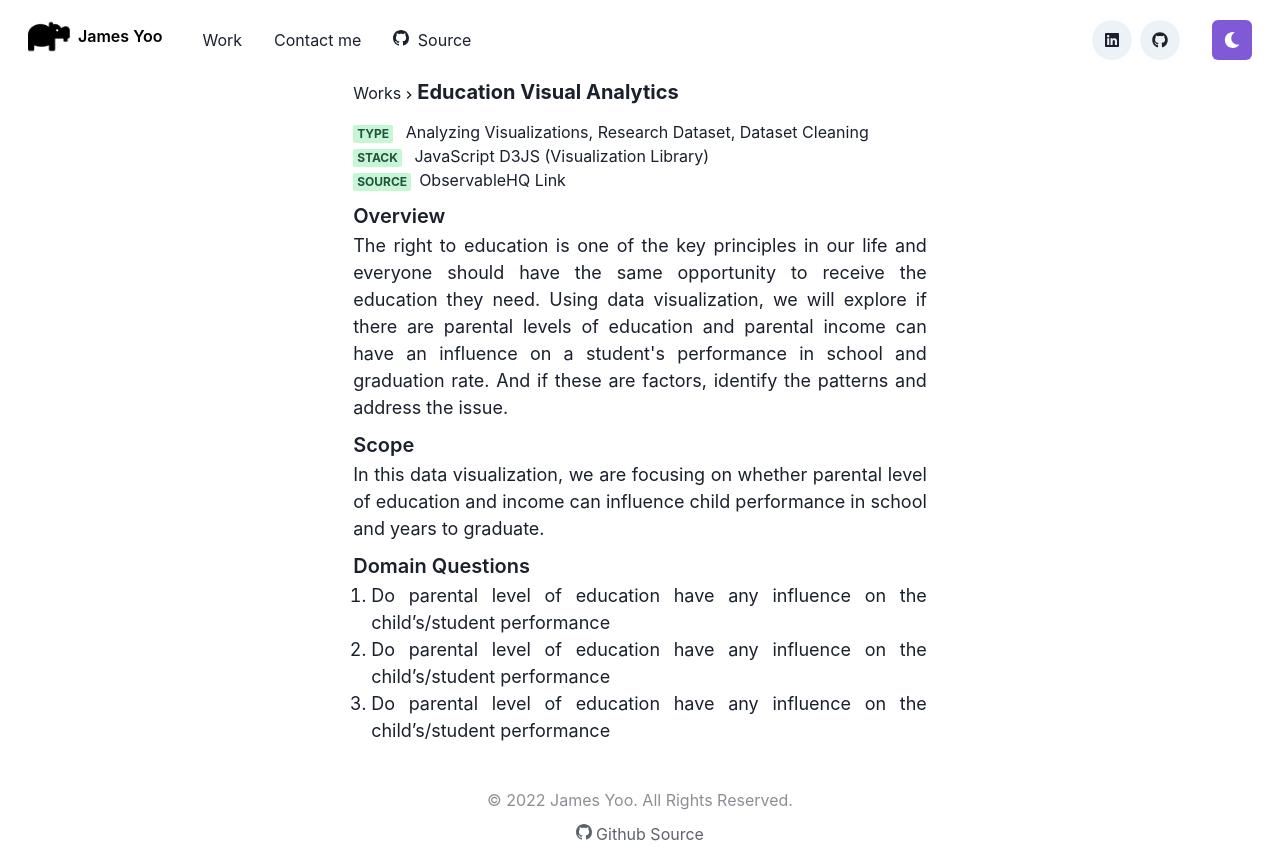
Repository: jammy729/portfolio-2022
Page: /work/educationvisualanalytics
An editor plug-in stored every save of this project. The page is shown before and after the next save, followed by the edit.
The browser window is 1280 px wide. The pictures show the whole page.
The project was rebuilt for these pictures with package versions that can differ from the ones it lists, and the page was loaded fresh each time. Also part of the build but not shown: src/components/home.js, src/components/contact.js, src/components/layouts/layout.js, src/components/work/work.js, src/components/work/Development/WorldInstitutionDatabase/worldinstitutiondatabase.js, src/components/work/Development/GeoMemories/geomemories.js, src/components/work/Design/ExperienceDesign/experiencedesign.js, src/components/work/Development/PersonalPortfolio/personalportfolio.js. Imported but missing from the stored project, and not drawn on this page: src/components/work/Design/FinestCup/finestcup, src/components/work/Development/WorldInstitutionDatabase/universityDatabase.mp4.

Above is the page before, as saved 2022-06-28 15:09:53.

### public/index.html
<!DOCTYPE html>
<html lang="en">
  <head>
    <meta charset="utf-8" />
    <meta name="viewport" content="width=device-width, initial-scale=1" />

    <link rel="shortcut icon" href="%PUBLIC_URL%/hippo.png" />
    <link rel="manifest" href="%PUBLIC_URL%/manifest.json" />

    <title>James Yoo</title>
  </head>
  <body>
    <div id="root"></div>
  </body>
</html>

### src/index.js
import React from 'react'
import ReactDOM from 'react-dom/client'
import './index.css'
import App from './components/App'
import { ChakraProvider, ColorModeScript } from '@chakra-ui/react'

const root = ReactDOM.createRoot(document.getElementById('root'))
root.render(
  <React.StrictMode>
    <ChakraProvider>
      <ColorModeScript initialColorMode='light' />
      <App />
    </ChakraProvider>
  </React.StrictMode>
)

### src/index.css
html, body {
    height: 100%;
  }

### src/components/App.js
import React from 'react'
import Navbar from './navbar'
import { BrowserRouter as Router, Routes, Route } from 'react-router-dom'
import Home from './home'
import Contact from './contact'
import Work from './work/work'
import Footer from './footer'

import UniversityDatabase from './work/Development/WorldInstitutionDatabase/worldinstitutiondatabase'
import GeoMemories from './work/Development/GeoMemories/geomemories'
import FinestCup from './work/Design/FinestCup/finestcup'
import ExperienceDesign from './work/Design/ExperienceDesign/experiencedesign'
import EducationVisualAnalytic from './work/Development/EducationVisualAnalytics/educationvisualanalytics'
import PersonalPortfolio from './work/Development/PersonalPortfolio/personalportfolio'

const App = () => {
  return (
    <Router>
      <Navbar />
      <Routes>
        <Route exact path='/' element={<Home />} />

        <Route exact path='/work' element={<Work />} />
        <Route
          exact
          path='/work/worldinstitutiondatabase'
          element={<UniversityDatabase />}
        />
        <Route exact path='/work/geomemories' element={<GeoMemories />} />
        <Route
          exact
          path='/work/educationvisualanalytics'
          element={<EducationVisualAnalytic />}
        />
        <Route
          exact
          path='/work/personalportfolio'
          element={<PersonalPortfolio />}
        />

        <Route exact path='/work/finestcup' element={<FinestCup />} />
        <Route
          exact
          path='/work/experiencedesign'
          element={<ExperienceDesign />}
        />
        <Route exact path='/contact' element={<Contact />} />
      </Routes>
      <Footer />
    </Router>
  )
}

export default App

### src/components/navbar.js
import { Link } from 'react-router-dom'
import { IconButton } from '@chakra-ui/button'
import { useColorMode } from '@chakra-ui/color-mode'
import { HamburgerIcon } from '@chakra-ui/icons'
import { GoMarkGithub } from 'react-icons/go'
import {
  Flex,
  Stack,
  HStack,
  Spacer,
  MenuItem,
  MenuButton,
  Menu,
  MenuList,
  Box,
  MenuGroup,
  Text,
  Icon
} from '@chakra-ui/react'
import { FaSun, FaMoon, FaGithub, FaLinkedin } from 'react-icons/fa'

import Logo from './logo'
const Navbar = () => {
  const { colorMode, toggleColorMode } = useColorMode()
  const isDark = colorMode === 'dark'
  return (
    <Stack direction={'row'} p={5}>
      <Flex w='full' mx={2}>
        <Logo />

        <HStack
          ml={7}
          justifyContent='center'
          display={{ base: 'none', lg: 'flex' }}
        >
          <Menu>
            <Box px={3}>
              <Link to='./work'>
                <Text>Work</Text>
              </Link>
            </Box>
            <Box px={3}>
              <Link to='/contact'>Contact me</Link>
            </Box>
            <Box px={3} alignItems='center' display='inline-flex'>
              <a
                href='https://github.com/jammy729/portfolio-2022'
                target='blank'
              >
                <Icon as={GoMarkGithub} mr={1} /> Source
              </a>
            </Box>
          </Menu>
        </HStack>

        <Spacer />

        <Box flex={3} align='right' fontSize='md' fontWeight='semibold'>
          <Box flex={1} display={{ base: 'inline-block', lg: 'none' }}>
            <Menu isLazy id='navbar-menu'>
              <IconButton
                boxSize='3rem'
                mx={1}
                icon={isDark ? <FaSun /> : <FaMoon />}
                onClick={toggleColorMode}
                colorScheme={isDark ? 'orange' : 'purple'}
              />
              <MenuButton
                boxSize='3rem'
                as={IconButton}
                icon={<HamburgerIcon />}
                aria-label='Options'
                colorScheme={isDark ? 'blue' : 'blackAlpha'}
              />
              <MenuList w={['80vw', '50vw']}>
                <MenuGroup>
                  <MenuItem pl={5}>
                    <Link to='./work'>Work</Link>
                  </MenuItem>
                  <MenuItem pl={5}>
                    <Link to='./contact'>Contact</Link>
                  </MenuItem>
                  <MenuItem pl={5}>
                    <a
                      href='https://www.linkedin.com/in/james-yoo-b4a1231a5/'
                      target='blank'
                    >
                      <Icon as={FaLinkedin} mr={1} />
                      LinkedIn
                    </a>
                  </MenuItem>
                  <MenuItem pl={5}>
                    <a href='https://github.com/jammy729' target='blank'>
                      <Icon as={GoMarkGithub} mr={1} />
                      GitHub
                    </a>
                  </MenuItem>
                </MenuGroup>
              </MenuList>
            </Menu>
          </Box>
        </Box>

        <Box display={{ base: 'none', lg: 'flex' }}>
          <a
            href='https://www.linkedin.com/in/james-yoo-b4a1231a5/'
            target='blank'
          >
            <IconButton
              icon={<FaLinkedin />}
              isRound='true'
              linkButton={true}
              mx={2}
            />
          </a>
          <a href='https://github.com/jammy729' target='blank'>
            <IconButton icon={<FaGithub />} isRound='true' linkButton={true} />
          </a>
          <IconButton
            ml={8}
            icon={isDark ? <FaSun /> : <FaMoon />}
            onClick={toggleColorMode}
            colorScheme={isDark ? 'orange' : 'purple'}
          />
        </Box>
      </Flex>
    </Stack>
  )
}

export default Navbar

### src/components/footer.js
import { Box, Icon, Text, Container, HStack } from '@chakra-ui/react'
import styled from '@emotion/styled'
import { GoMarkGithub } from 'react-icons/go'

const Bottom = styled.div`
  position: relative;
  width: 100%;
  text-align: center;
  padding-bottom: 10px;
`

const Footer = () => {
  return (
    <Box as='footer'  w="100%" position="absolute" justifyContent="space-between" mt='2rem'>
      <Container opacity={0.5}>
        <Bottom>
          &copy; {new Date().getFullYear()} James Yoo. All Rights Reserved.
        </Bottom>
      </Container>

      <HStack>
        <Bottom>
          <a
            href='https://github.com/jammy729/portfolio-2022'
            target='_blank'
            rel='noopener noreferrer'
          >
            <Text
              opacity={0.7}
              _hover={{
                opacity: '1'
              }}
            >
              <Icon as={GoMarkGithub} mr={1} />
              Github Source
            </Text>
          </a>
        </Bottom>
      </HStack>
    </Box>
  )
}

export default Footer

### src/components/work/Development/EducationVisualAnalytics/educationvisualanalytics.js
import React from 'react'
import { Title, WorkImage, Tag } from '../../../layouts/work-grid'
import { Box, Container, List, ListItem, OrderedList } from '@chakra-ui/react'
import { Writing, DescriptionText } from '../../layout'

const EducationVisualAnalytics = () => {
  return (
    <Box>
      <Container>
        <Title>Education Visual Analytics</Title>
        {/* BADGES  */}
        <List>
          <ListItem>
            <Tag> Type </Tag> Analyzing Visualizations, Research Dataset,
            Dataset Cleaning
          </ListItem>
          <ListItem>
            <Tag> Stack </Tag> JavaScript D3JS (Visualization Library)
          </ListItem>
          <ListItem>
            <Tag> Source </Tag>
            <a
              target='blank'
              href='https://observablehq.com/@jamesyoo/iat-355-final-project-spring-2021/2'
            >
              ObservableHQ Link
            </a>
          </ListItem>
        </List>

        {/* OVERVIEW   */}
        <Writing size='md' title='Overview' />
        <DescriptionText>
          The right to education is one of the key principles in our life and
          everyone should have the same opportunity to receive the education
          they need. Using data visualization, we will explore if there are
          parental levels of education and parental income can have an influence
          on a student's performance in school and graduation rate. And if these
          are factors, identify the patterns and address the issue.
        </DescriptionText>

        {/* SCOPE  */}
        <Writing size='md' title='Scope' />
        <DescriptionText>
          In this data visualization, we are focusing on whether parental level
          of education and income can influence child performance in school and
          years to graduate.
        </DescriptionText>

        {/* DOMAIN QUESTIONS  */}
        <Writing size='md' title='Domain Questions' />
        <DescriptionText>
          <OrderedList>
            <ListItem>
              Do parental level of education have any influence on the
              child’s/student performance
            </ListItem>
            <ListItem>
              Do parental level of education have any influence on the
              child’s/student performance
            </ListItem>
            <ListItem>
              Do parental level of education have any influence on the
              child’s/student performance
            </ListItem>
          </OrderedList>
        </DescriptionText>
      </Container>
    </Box>
  )
}

export default EducationVisualAnalytics

/* <Center>
<Container>
  <Title>Education Visual Analytic</Title>
  <Text fontSize={isLargeScreen ? "lg" : "lg"} py={3}>
    Designed and implemented an interactive visualization for
    multidimensional data using Observable.{" "}
  </Text>
  <Text fontSize={isLargeScreen ? "lg" : "lg"} py={3}>
    Implemented two datasets to investigate and question the impact of
    parental levels of education and income on the student's performance
    in school and graduation rate.
  </Text>
  <List py={2}>
    <ListItem>
      <Tag>Type</Tag> Academic Project
    </ListItem>
    <ListItem>
      <Tag>Stack</Tag> JavaScript and D3JS (visualization library)
    </ListItem>
    <ListItem>
      <Tag>Website</Tag>{" "}
      <a href="https://observablehq.com/@jamesyoo/iat-355-final-project-spring-2021/2">
        https://observablehq.com/@jamesyoo/iat-355-final-project-spring-2021/2
      </a>
    </ListItem>
  </List>
</Container>
</Center> */

### src/components/logo.js
import React from 'react'
import { Box, Center, Image, Heading, Text } from '@chakra-ui/react'
import { Link } from 'react-router-dom'
import { useColorMode } from '@chakra-ui/color-mode'
import styled from '@emotion/styled'
import HippoImg from '../contents/hippo.png'
import HippoImgDark from '../contents/hippo-dark.png'
import { useMediaQuery } from '@chakra-ui/react'

const LogoBox = styled.span`
  display: inline-flex;
  align-items: center;

  &:hover img {
    transform: rotate(-10deg);
  }
`
const Logo = () => {
  const { colorMode } = useColorMode()
  const isDark = colorMode === 'dark'
  const [isLargeScreen] = useMediaQuery('(min-width:750px)')
  return (
    <Box>
      <Center>
        <LogoBox>
          <Image
            src={isDark ? HippoImgDark : HippoImg}
            w={{ base: '50px' }}
            pr={2}
          />
          <Heading
            justifyContent='center'
            size={isLargeScreen ? 'md' : 'md'}
            fontWeight='semibold'
            color={isDark ? 'white' : 'black'}
          >
            <Link to='/'>
              <Text fontSize='md'>James Yoo</Text>
            </Link>
          </Heading>
        </LogoBox>
      </Center>
    </Box>
  )
}

export default Logo

### src/components/layouts/work-grid.js
import React from 'react'
import { Link } from 'react-router-dom'
import {
  Box,
  LinkBox,
  LinkOverlay,
  Text,
  Image,
  Heading,
  Badge,
  Center
} from '@chakra-ui/react'
import { useMediaQuery } from '@chakra-ui/media-query'
import { ChevronRightIcon } from '@chakra-ui/icons'
import { useColorMode } from '@chakra-ui/color-mode'

export const WorkGrid = ({ children, id, title, thumbnail }) => {
  const [isLargeScreen] = useMediaQuery('(min-width:750px)')

  return (
    <Box maxW='100%' maxH='auto' pb={6} textAlign='center' position='relative'>
      <Link to={`/work/${id}`}>
        <LinkBox cursor='pointer'>
          <Image
            objectFit='cover'
            margin='auto'
            src={thumbnail}
            alt={title}
            placeholder='blur'
            w='100%'
            h={isLargeScreen ? '300px' : '270px'}
            borderRadius='lg'
            fallbackSrc='https://via.placeholder.com/150'
          />
          <LinkOverlay to={`/work/${id}`}>
            <Text mt={2} fontSize={20} fontWeight='semibold'>
              {title}
            </Text>
          </LinkOverlay>
          <Text fontSize={14} px={5}>
            {children}
          </Text>
        </LinkBox>
      </Link>
    </Box>
  )
}

export const Title = ({ children }) => (
  <Box>
    <Link to='/work'>Works</Link>
    <span>
      <ChevronRightIcon />
    </span>
    <Heading display='inline-block' as='h3' fontSize={20} mb={4}>
      {children}
    </Heading>
  </Box>
)

export const WorkImage = ({ src, alt, caption, w }) => {
  const { colorMode } = useColorMode()

  const isDark = colorMode === 'dark'
  return (
    <Box mb={3}>
      <Image borderRadius='2xl' w={w} src={src} alt={alt} mt={4} />
      <Center>
        <Text color={isDark ? 'gray.300' : 'gray.500'}>{caption}</Text>
      </Center>
    </Box>
  )
}

export const Tag = ({ children }) => (
  <Badge colorScheme='green' mr={2}>
    {children}
  </Badge>
)

### src/components/work/layout.js
import React from 'react'
import { Link } from 'react-router-dom'
import { useColorMode } from '@chakra-ui/color-mode'
import { useMediaQuery } from '@chakra-ui/media-query'

import {
  Center,
  Flex,
  Box,
  Text,
  Button,
  Stack,
  Heading,
  Image
} from '@chakra-ui/react'
import profile from '../work/Home/profile.JPG'
export const HeroSection = ({ name, role, work, contact, src }) => {
  const { colorMode } = useColorMode()
  const isDark = colorMode === 'dark'

  const [isLargeScreen] = useMediaQuery('(min-width:750px)')
  return (
    <Center>
      <Flex>
        <Box>
          <Center>
            <Image
              boxSize={isLargeScreen ? '300px' : '250px'}
              src={profile}
              objectFit='cover'
              borderRadius='lg'
            />
          </Center>

          <Text fontSize='3xl' fontWeight='semibold'>
            {name}
          </Text>
          <Text color={isDark ? 'gray.200' : 'black'} mb={4}>
            {role}
          </Text>
          <Stack direction={isLargeScreen ? 'row' : 'column'}>
            <Link to='./work'>
              <Button
                colorScheme='teal'
                cursor='pointer'
                variant='solid'
                w='100%'
              >
                {work}
              </Button>
            </Link>

            <Link to='./contact'>
              <Button
                colorScheme='teal'
                cursor='pointer'
                variant='outline'
                w='100%'
              >
                {contact}
              </Button>
            </Link>
          </Stack>
        </Box>
      </Flex>
    </Center>
  )
}

export const About = ({ title, bio }) => {
  const [isLargeScreen] = useMediaQuery('(min-width:750px)')

  return (
    <Center>
      <Box width={isLargeScreen ? '600px' : '80%'} margin='auto'>
        <Heading size={isLargeScreen ? 'md' : 'lg'} as='u'>
          {title}
        </Heading>
        <Text
          textAlign='justify'
          py='10px'
          fontSize={{ sm: 'lg', md: 'lg', lg: 'md' }}
        >
          {bio}
        </Text>
      </Box>
    </Center>
  )
}

export const Writings = ({ size, title, description }) => {
  return (
    <>
      <Heading size={size} mt={3} mb={1} fontWeight='semibold'>
        {title}
      </Heading>
      <Text mb={3} fontSize='lg' textAlign='justify'>
        {description}
      </Text>
    </>
  )
}

export const Writing = ({ size, title }) => {
  return (
    <>
      <Heading size={size} mt={3} mb={1} fontWeight='semibold'>
        {title}
      </Heading>
    </>
  )
}

export const DescriptionText = ({ children }) => {
  return (
    <>
      <Text mb={3} fontSize='lg' textAlign='justify'>
        {children}
      </Text>
    </>
  )
}

After the next save:
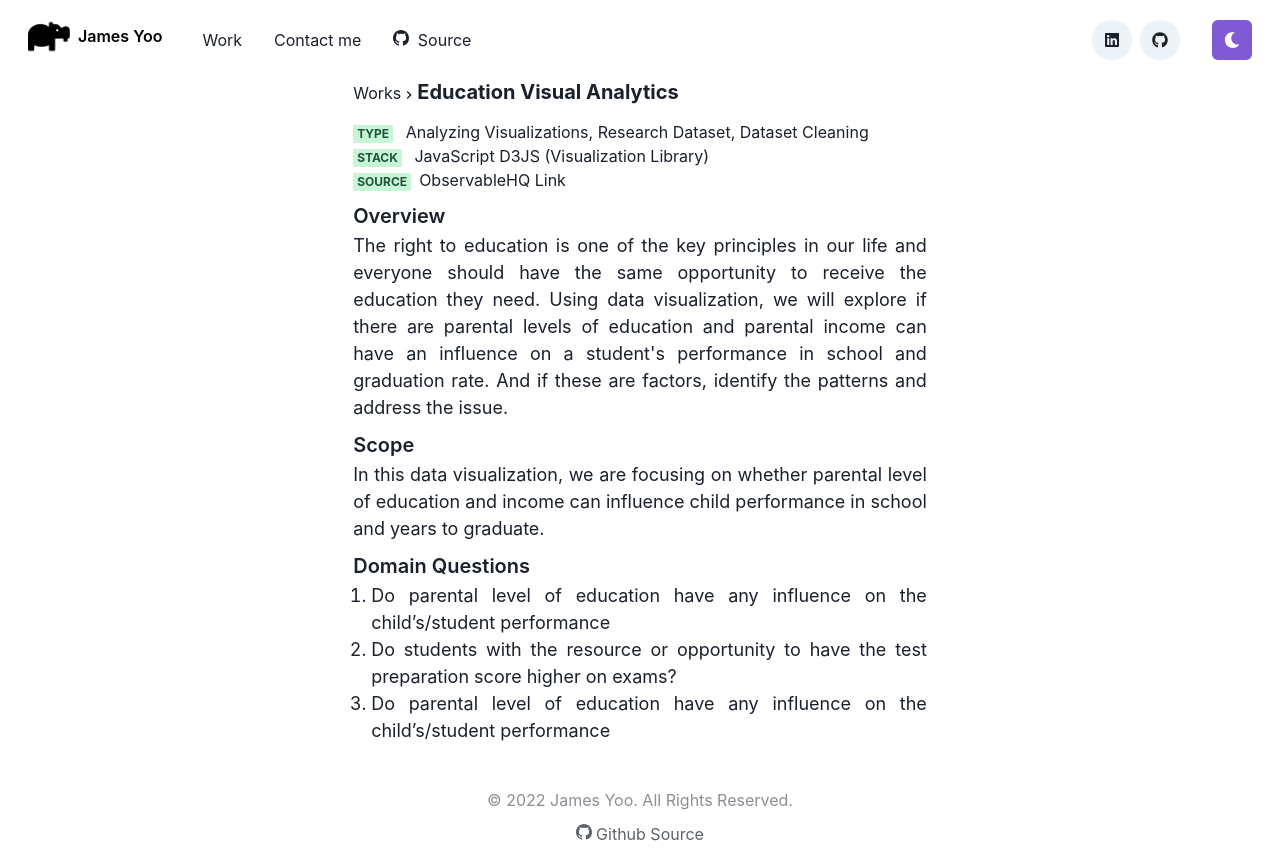
Saved 14 s later.
--- a/src/components/work/Development/EducationVisualAnalytics/educationvisualanalytics.js
+++ b/src/components/work/Development/EducationVisualAnalytics/educationvisualanalytics.js
@@ -56,8 +56,8 @@ const EducationVisualAnalytics = () => {
               child’s/student performance
             </ListItem>
             <ListItem>
-              Do parental level of education have any influence on the
-              child’s/student performance
+              Do students with the resource or opportunity to have the test
+              preparation score higher on exams?
             </ListItem>
             <ListItem>
               Do parental level of education have any influence on the
